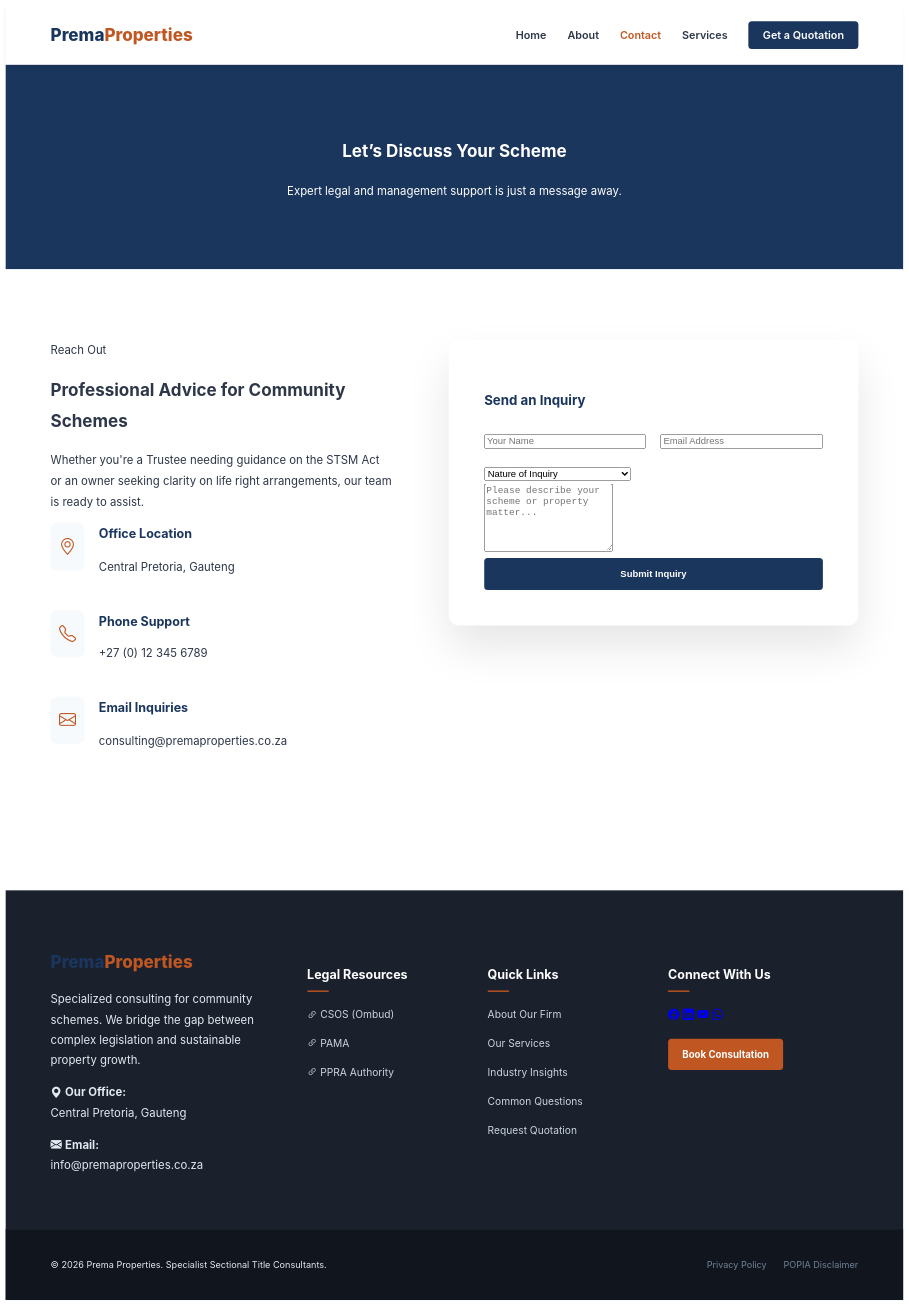
Repository: mnqobiMenzi/Prema-Properties
Page: contact-us.html
The author's editor kept a copy of each file at every save. The page is drawn from the files as they stood at one save, then again after the next save.
The browser window is 1280 px wide. The pictures show the whole page, at 71% of full size.

Above is the page before, as saved 2026-02-10 12:58:25.

After the next save:
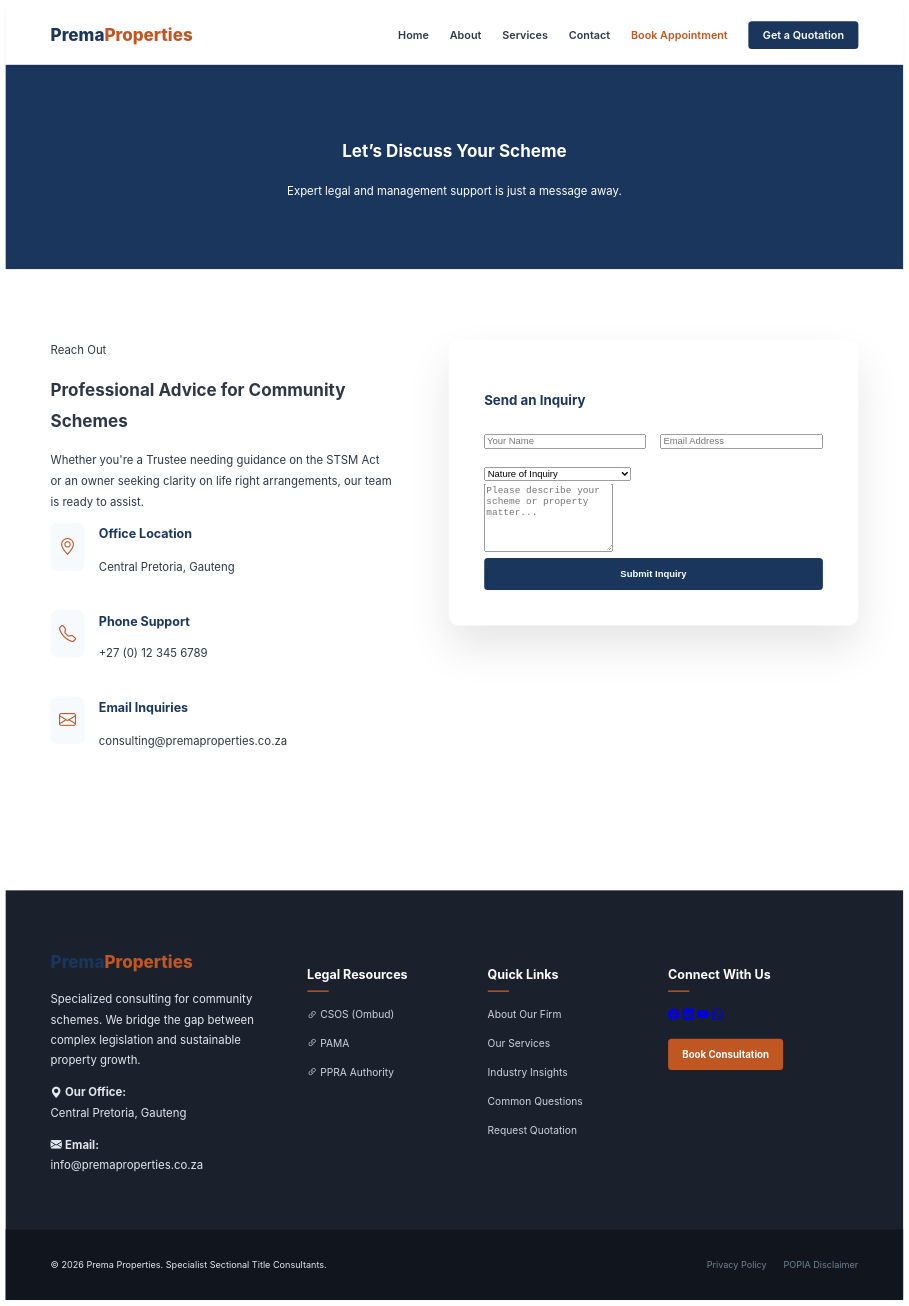
Saved 35 s later.
--- a/contact-us.html
+++ b/contact-us.html
@@ -15,8 +15,9 @@
       <nav>
         <a href="index.html">Home</a>
         <a href="about-us.html">About</a>
-        <a href="contact-us.html" class="active">Contact</a>
         <a href="services.html">Services</a>
+        <a href="contact-us.html">Contact</a>
+        <a href="appointment.html" class="active">Book Appointment</a>
         <a href="quote.html" class="nav-btn">Get a Quotation</a>
       </nav>
     </div>
